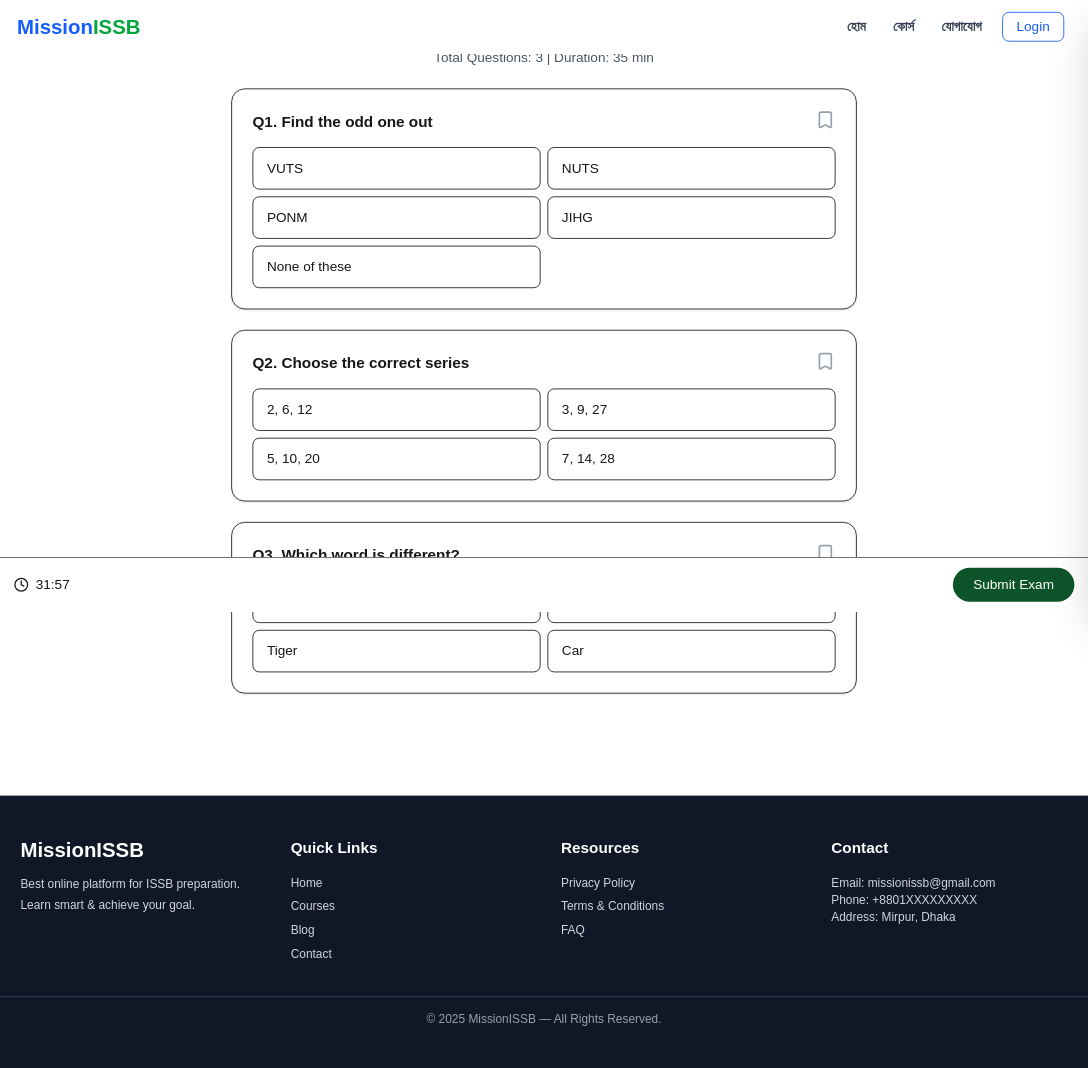
Repository: mdmuhibullahhabib/missionissb
Page: /exam/verbal-model-test-01
These files come from the project's save history. The page is drawn as it stood at one moment and after the next save; the edit follows.
The browser window is 1280 px wide. The pictures show the whole page, at 85% of full size.
The page's requests for data from a server got no answer. The project was rebuilt for these pictures with package versions that can differ from the ones it lists, and the page was loaded fresh each time. The framework's server and built-in components were replaced by stand-ins that run in the browser. No one was signed in, and anything a server would have sent is missing. Also part of the build but not shown: next.config.mjs, app/exam/[id]/components/SubmitModal.jsx.

Above is the page before, as saved 2025-12-15 19:05:34.

### app/layout.js
import { Geist, Geist_Mono } from 'next/font/google'
import './globals.css'
import Footer from '@/components/shared/Footer'
import Navbar from '@/components/shared/Navbar'
import NextAuthProvider from './providers/NextAuthProvider'
import LayoutWrapper from '@/components/LayoutWrapper'

const geistSans = Geist({
  variable: '--font-geist-sans',
  subsets: ['latin']
})

const geistMono = Geist_Mono({
  variable: '--font-geist-mono',
  subsets: ['latin']
})

export const metadata = {
  title: 'Mission ISSB',
  description: 'Generated by create next app'
}

export default function RootLayout({ children }) {
  return (
    <html lang='en' suppressHydrationWarning={true}>
      <body
        className={`${geistSans.variable} ${geistMono.variable} antialiased`}
      >
        <NextAuthProvider>

                    <LayoutWrapper>{children}</LayoutWrapper>


          {/* <Navbar />

          {children}

          <Footer /> */}
        </NextAuthProvider>
      </body>
    </html>
  )
}

### app/exam/[id]/page.jsx
"use client";

import { useState } from "react";
import { Clock } from "lucide-react";
import McqCard from "./components/McqCard";
import SubmitModal from "./components/SubmitModal";

/* Fake Questions */
const questions = [
  {
    question: "Find the odd one out",
    options: ["VUTS", "NUTS", "PONM", "JIHG", "None of these"],
  },
  {
    question: "Choose the correct series",
    options: ["2, 6, 12", "3, 9, 27", "5, 10, 20", "7, 14, 28"],
  },
  {
    question: "Which word is different?",
    options: ["Dog", "Cat", "Tiger", "Car"],
  },
];

const ExamPage = () => {
  const [currentQ, setCurrentQ] = useState(0);
  const [answers, setAnswers] = useState({});
  const [showSubmitModal, setShowSubmitModal] = useState(false);

  const handleSelect = (idx) => {
    setAnswers({ ...answers, [currentQ]: idx });
  };

  return (
    <div className="min-h-screen bg-white pb-24">

      {/* Header */}
      <div className="text-center py-6">
        <h1 className="text-2xl font-bold">Verbal Model Test 01</h1>
        <p className="text-gray-600">
          Total Questions: {questions.length} | Duration: 35 min
        </p>
      </div>

      {/* Question Card */}
      <div className="max-w-3xl space-y-4 mx-auto px-4">
        {questions.map((q, index) => (
          <McqCard
            key={index}
            index={index}
            question={q.question}
            options={q.options}
            selectedAnswer={answers[index]}
            onSelect={(optIdx) =>
              handleSelect(index, optIdx)
            }
          />
        ))}
      </div>

      {/* Footer */}
      <div className="fixed bottom-0 left-0 w-full bg-white border-t px-4 py-3 flex justify-between">
        <div className="flex items-center gap-2 font-medium">
          <Clock size={18} /> 31:57
        </div>

        <button
          onClick={() => setShowSubmitModal(true)}
          className="bg-green-900 text-white px-6 py-2 rounded-full"
        >
          Submit Exam
        </button>
      </div>

      {/* Submit Modal */}
      <SubmitModal
        open={showSubmitModal}
        onClose={() => setShowSubmitModal(false)}
        onSubmit={() => {
          setShowSubmitModal(false);
          alert("Exam Submitted!");
        }}
      />
    </div>
  );
};

export default ExamPage;

### components/shared/Footer.jsx
"use client";
import Link from "next/link";

export default function Footer() {
  return (
    <footer className="bg-gray-900 text-gray-300 py-12">
      <div className="max-w-7xl mx-auto grid grid-cols-1 md:grid-cols-4 gap-10 px-6">

        {/* Column 1 */}
        <div>
          <h2 className="text-2xl font-bold text-white">MissionISSB</h2>
          <p className="mt-3 text-sm leading-6">
            Best online platform for ISSB preparation.
            Learn smart & achieve your goal.
          </p>
        </div>

        {/* Column 2 */}
        <div>
          <h3 className="text-lg font-semibold text-white mb-4">Quick Links</h3>
          <ul className="space-y-2 text-sm">
            <li><Link href="/" className="hover:text-white">Home</Link></li>
            <li><Link href="/courses" className="hover:text-white">Courses</Link></li>
            <li><Link href="/blog" className="hover:text-white">Blog</Link></li>
            <li><Link href="/contact" className="hover:text-white">Contact</Link></li>
          </ul>
        </div>

        {/* Column 3 */}
        <div>
          <h3 className="text-lg font-semibold text-white mb-4">Resources</h3>
          <ul className="space-y-2 text-sm">
            <li><Link href="/privacy" className="hover:text-white">Privacy Policy</Link></li>
            <li><Link href="/terms" className="hover:text-white">Terms & Conditions</Link></li>
            <li><Link href="/faq" className="hover:text-white">FAQ</Link></li>
          </ul>
        </div>

        {/* Column 4 */}
        <div>
          <h3 className="text-lg font-semibold text-white mb-4">Contact</h3>
          <p className="text-sm">Email: missionissb@gmail.com</p>
          <p className="text-sm">Phone: +8801XXXXXXXXX</p>
          <p className="text-sm">Address: Mirpur, Dhaka</p>
        </div>
      </div>

      <div className="mt-10 border-t border-gray-700 pt-4 text-center text-gray-400 text-sm">
        © {new Date().getFullYear()} MissionISSB — All Rights Reserved.
      </div>
    </footer>
  );
}

### components/shared/Navbar.jsx
"use client";
import { useState, useEffect } from "react";
import Link from "next/link";
import { FiMenu, FiX } from "react-icons/fi";
import { useSession } from "next-auth/react";
import { useRouter } from "next/navigation";
import DrawerMenu from "../user/UserDrawerMenu";


// Fake user data
const fakeUser = {
    name: "Muhibullah Habib",
    email: "muhib@example.com",
    avatar: "https://i.pravatar.cc/100?img=11",
    role: "admin",
};

export default function Navbar() {
    const [open, setOpen] = useState(false);
    const [scroll, setScroll] = useState(false);
    const router = useRouter();
        const [drawerOpen, setDrawerOpen] = useState(false);
    const [userDrawerOpen, setUserDrawerOpen] = useState(false);
    const { data: session, status } = useSession();
    console.log(session)
    console.log(status)

    // Scroll detection for shadow effect
    useEffect(() => {
        const handleScroll = () => {
            setScroll(window.scrollY > 10);
        };
        window.addEventListener("scroll", handleScroll);
        return () => window.removeEventListener("scroll", handleScroll);
    }, []);

    const navLinks = [
        { name: "হোম", href: "/" },
        { name: "কোর্স", href: "/courses" },
        { name: "যোগাযোগ", href: "/contact" },
    ];

    // User icon click
    const handleUserClick = () => {
        if (status == "authenticated") {
            setUserDrawerOpen(true);
        } else {
            router.push("/auth");
        }
    };

    return (
        <>
            <nav
                className={`w-full fixed top-0 z-50 transition-all ${scroll ? "bg-white shadow-md" : "bg-white"
                    }`}
            >
                <div className="max-w-7xl mx-auto px-5 py-3 flex justify-between items-center">

                    {/* Logo */}
                    <Link href="/" className="text-2xl font-bold text-blue-600">
                        Mission<span className="text-green-600">ISSB</span>
                    </Link>


                    {/* Auth Buttons */}
                    <div className="hidden items-center md:flex gap-4">
                        {/* Desktop Menu */}
                        <div className="hidden md:flex gap-8">
                            {navLinks.map((link) => (
                                <Link
                                    key={link.name}
                                    href={link.href}
                                    className="text-gray-700 font-semibold hover:text-blue-600 transition font-medium"
                                >
                                    {link.name}
                                </Link>
                            ))}
                        </div>

                        {/* User Icon */}
                        <button
                            onClick={handleUserClick}
                            className="p-2 rounded-full hover:bg-gray-100 transition duration-150"
                        >
                            {status == "authenticated" ? (
                                <img
                                    src={fakeUser?.avatar}
                                    alt="user"
                                    className="h-8 w-8 rounded-full border"
                                />
                            ) : (
                                <Link
                                    href="/auth"
                                    className="px-4 py-2 border border-blue-600 text-blue-600 rounded-lg hover:bg-blue-600 hover:text-white transition"
                                >
                                    Login
                                </Link>
                            )}
                        </button>
                    </div>

                    {/* Mobile Toggle */}
                    <button onClick={() => setOpen(!open)} className="md:hidden text-3xl">
                        {open ? <FiX /> : <FiMenu />}
                    </button>
                </div>

                {/* Mobile Menu */}
                <div
                    className={`md:hidden bg-white fixed top-[64px] left-0 w-full h-screen transition-all duration-300 ${open ? "translate-y-0 opacity-100" : "-translate-y-5 opacity-0 pointer-events-none"
                        }`}
                >
                    <div className="flex flex-col gap-6 px-6 py-6 text-lg">
                        {navLinks.map((link) => (
                            <Link
                                key={link.name}
                                href={link.href}
                                onClick={() => setOpen(false)}
                                className="text-gray-700 hover:text-blue-600"
                            >
                                {link.name}
                            </Link>
                        ))}

                        <hr />

                        <Link
                            href="/auth/login"
                            onClick={() => setOpen(false)}
                            className="text-blue-600 font-semibold"
                        >
                            Login
                        </Link>
                    </div>
                </div>
            </nav>

            <DrawerMenu
                isOpen={userDrawerOpen}
                onClose={() => setUserDrawerOpen(false)}
                // user={user}
            />
        </>
    );
}

### app/providers/NextAuthProvider.jsx
"use client"
import { SessionProvider } from 'next-auth/react'
import React from 'react'

const NextAuthProvider = ({ children }) => {
    return <SessionProvider>{children}</SessionProvider>
}

export default NextAuthProvider;

### components/LayoutWrapper.jsx
"use client";

import { usePathname } from "next/navigation";
import Navbar from "./shared/Navbar";
import Footer from "./shared/Footer";

export default function LayoutWrapper({ children }) {
  const pathname = usePathname();
  const isAdmin = pathname.startsWith("/admin");
  const isAuth = pathname.startsWith("/auth");

  return (
    <>
      {!isAdmin && !isAuth && <Navbar />}

      <main>{children}</main>

      {!isAdmin && !isAuth && <Footer />}
    </>
  );
}

### app/exam/[id]/components/McqCard.jsx
"use client";

import { Bookmark } from "lucide-react";

const McqCard = ({
  index,
  question,
  options,
  selectedAnswer,
  onSelect,
}) => {
  return (
    <div className="border rounded-2xl p-6 shadow-sm mb-6">

      {/* Question */}
      <div className="flex justify-between items-start mb-4">
        <h2 className="font-semibold text-lg">
          Q{index + 1}. {question}
        </h2>
        <Bookmark className="text-gray-400 cursor-pointer" />
      </div>

      {/* Options */}
      <div className="space-3 grid md:grid-cols-2 gap-2">
        {options.map((opt, idx) => (
          <button
            key={idx}
            onClick={() => onSelect(idx)}
            className={`w-full text-left px-4 py-3 border rounded-lg transition
              ${
                selectedAnswer === idx
                  ? "bg-green-100 border-green-600"
                  : "hover:bg-gray-50"
              }`}
          >
            {opt}
          </button>
        ))}
      </div>
    </div>
  );
};

export default McqCard;

### components/user/UserDrawerMenu.jsx
"use client";

import { FiX, FiUser, FiShoppingBag, FiSettings, FiGrid, FiLogOut } from "react-icons/fi";
import { motion, AnimatePresence } from "framer-motion";
import Image from "next/image";
import { useRouter } from "next/navigation";
import { signOut, useSession } from "next-auth/react";
import Link from "next/link";

export default function DrawerMenu({ isOpen, onClose, user = {} }) {
  const router = useRouter();
  const { data: session, status } = useSession();
  console.log(session)

  const handleNavigate = (path) => {
    onClose();
    router.push(path);
  };

  const handleLogout = async () => {
    // You can replace with your logout logic
    console.log("User logged out");
    onClose();
    await signOut();
  };

  const isAdmin = user?.role === "admin";

  return (
    <>
      {/* Overlay */}
      <AnimatePresence>
        {isOpen && (
          <motion.div
            initial={{ opacity: 0 }}
            animate={{ opacity: 1 }}
            exit={{ opacity: 0 }}
            onClick={onClose}
            className="fixed inset-0 bg-black/30 backdrop-blur-sm z-40 cursor-pointer"
          />
        )}
      </AnimatePresence>

      {/* Drawer */}
      <motion.div
        initial={{ x: "100%" }}
        animate={{ x: isOpen ? 0 : "100%" }}
        exit={{ x: "100%" }}
        transition={{ type: "spring", stiffness: 100, damping: 20 }}
        className="fixed top-0 right-0 h-full w-80 sm:w-96 bg-white shadow-2xl z-50 flex flex-col"
      >
        {/* Header */}
        <div className="flex justify-between items-center p-4 border-b">
          <div className="flex items-center gap-3">
            <Image
              src={user?.photo || "https://i.ibb.co/5j9n3yH/default-avatar.png"}
              width={40}
              height={40}
              alt="User avatar"
              className="rounded-full object-cover"
            />
            <div>
              <p className="font-semibold text-gray-800">
                {user?.name || "Guest User"}
              </p>
              <p className="text-xs text-gray-500">
                {isAdmin ? "Administrator" : "Regular User"}
              </p>
            </div>
          </div>
          <button onClick={onClose} className="text-gray-600 hover:text-red-500">
            <FiX className="h-6 w-6" />
          </button>
        </div>

        {/* Menu Items */}
        <div className="flex-1 overflow-y-auto p-5 space-y-4 text-gray-700">
          <button
            onClick={() => handleNavigate("/profile")}
            className="flex items-center gap-3 w-full p-3 rounded-xl hover:bg-gray-100 transition"
          >
            <FiUser className="text-red-500" />
            <span>My Profile</span>
          </button>

          <Link
            href={"/mycourse"}
            // onClick={() => handleNavigate("/mycourse")}
            className="flex items-center gap-3 w-full p-3 rounded-xl hover:bg-gray-100 transition"
          >
            <FiShoppingBag className="text-red-500" />
            <span>My Courses</span>
          </Link>

          <Link
            href={"/admin/dashboard"}
            // onClick={() => handleNavigate("/mycourse")}
            className="flex items-center gap-3 w-full p-3 rounded-xl hover:bg-gray-100 transition"
          >
            <FiShoppingBag className="text-red-500" />
            <span>Admin Dashboard</span>
          </Link>

          {isAdmin && (
            <button
              onClick={() => handleNavigate("/admin/dashboard")}
              className="flex items-center gap-3 w-full p-3 rounded-xl hover:bg-gray-100 transition"
            >
              <FiGrid className="text-red-500" />
              <span>Admin Dashboard</span>
            </button>
          )}
        </div>

        {/* Footer */}
        <div className="border-t p-4">
          <button
            onClick={handleLogout}
            className="flex items-center justify-center gap-2 w-full py-2 bg-red-600 text-white font-medium rounded-xl hover:bg-red-700 transition"
          >
            <FiLogOut />
            Logout
          </button>
        </div>
      </motion.div>
    </>
  );
}

Loaded but not shown: app/globals.css (common file)

After the next save:
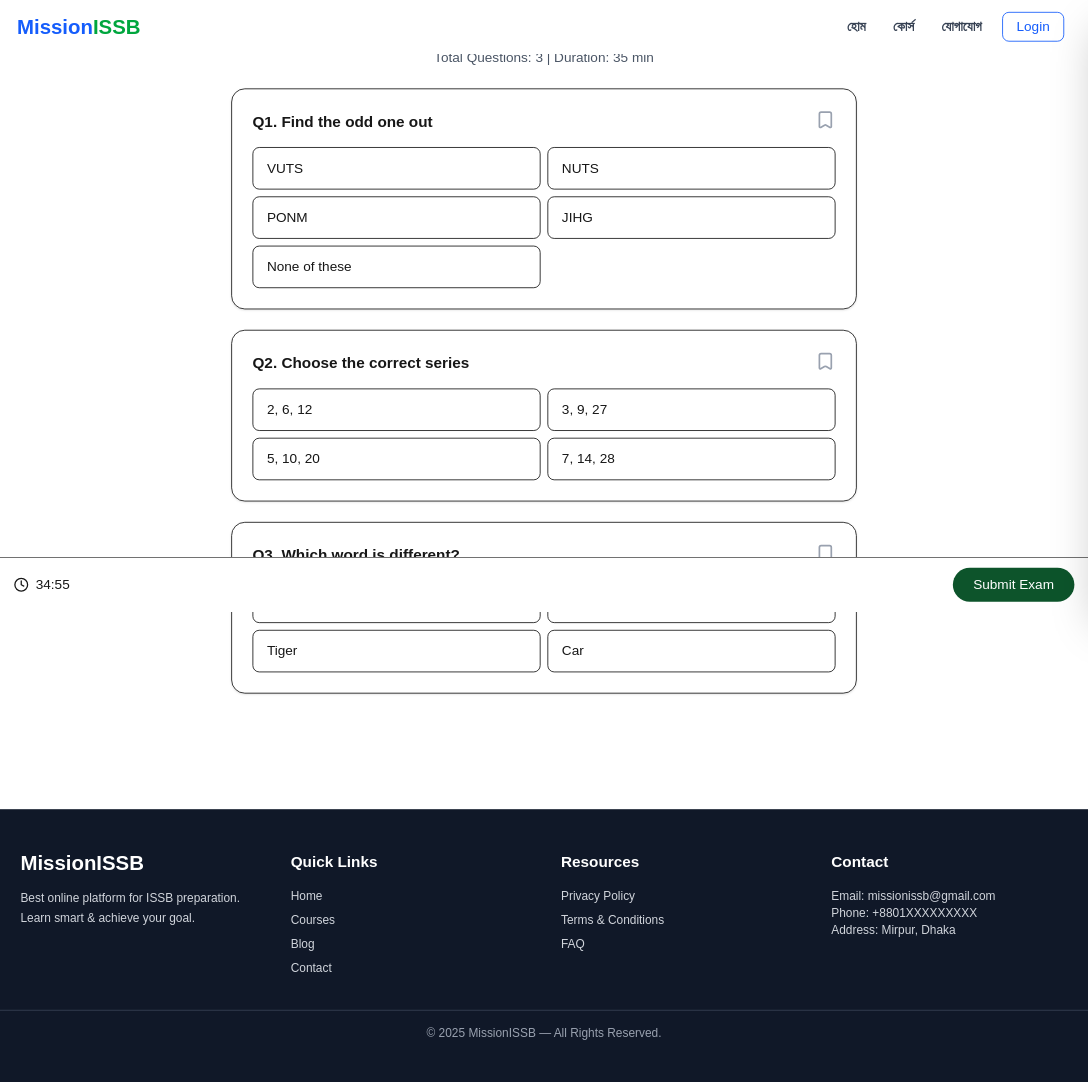
Saved 115 s later.
--- a/app/exam/[id]/page.jsx
+++ b/app/exam/[id]/page.jsx
@@ -1,6 +1,6 @@
 "use client";
 
-import { useState } from "react";
+import { useState, useEffect } from "react";
 import { Clock } from "lucide-react";
 import McqCard from "./components/McqCard";
 import SubmitModal from "./components/SubmitModal";
@@ -22,16 +22,47 @@ const questions = [
 ];
 
 const ExamPage = () => {
-  const [currentQ, setCurrentQ] = useState(0);
   const [answers, setAnswers] = useState({});
   const [showSubmitModal, setShowSubmitModal] = useState(false);
+  const [timeLeft, setTimeLeft] = useState(35 * 60); // ✅ 35 min in seconds
 
-  const handleSelect = (idx) => {
-    setAnswers({ ...answers, [currentQ]: idx });
+  /* ================= TIMER LOGIC ================= */
+  useEffect(() => {
+    if (timeLeft <= 0) {
+      // ✅ Auto submit when time is over
+      handleSubmit();
+      return;
+    }
+
+    const timer = setInterval(() => {
+      setTimeLeft((prev) => prev - 1);
+    }, 1000);
+
+    return () => clearInterval(timer);
+  }, [timeLeft]);
+
+  /* ================= HELPER FUNCTIONS ================= */
+  const handleSelect = (qIndex, optIdx) => {
+    setAnswers({ ...answers, [qIndex]: optIdx });
+  };
+
+  const handleSubmit = () => {
+    setShowSubmitModal(false);
+    alert("Exam Submitted!");
+    console.log("Submitted Answers:", answers);
+  };
+
+  /* ================= FORMAT TIME ================= */
+  const formatTime = (seconds) => {
+    const m = Math.floor(seconds / 60)
+      .toString()
+      .padStart(2, "0");
+    const s = (seconds % 60).toString().padStart(2, "0");
+    return `${m}:${s}`;
   };
 
   return (
-    <div className="min-h-screen bg-white pb-24">
+    <div className="min-h-screen bg-white pb-28">
 
       {/* Header */}
       <div className="text-center py-6">
@@ -41,7 +72,7 @@ const ExamPage = () => {
         </p>
       </div>
 
-      {/* Question Card */}
+      {/* Questions */}
       <div className="max-w-3xl space-y-4 mx-auto px-4">
         {questions.map((q, index) => (
           <McqCard
@@ -50,17 +81,16 @@ const ExamPage = () => {
             question={q.question}
             options={q.options}
             selectedAnswer={answers[index]}
-            onSelect={(optIdx) =>
-              handleSelect(index, optIdx)
-            }
+            onSelect={(optIdx) => handleSelect(index, optIdx)}
           />
         ))}
       </div>
 
       {/* Footer */}
-      <div className="fixed bottom-0 left-0 w-full bg-white border-t px-4 py-3 flex justify-between">
+      <div className="fixed bottom-0 left-0 w-full bg-white border-t px-4 py-3 flex justify-between items-center">
         <div className="flex items-center gap-2 font-medium">
-          <Clock size={18} /> 31:57
+          <Clock size={18} />
+          <span>{formatTime(timeLeft)}</span> {/* ✅ Show countdown */}
         </div>
 
         <button
@@ -75,10 +105,7 @@ const ExamPage = () => {
       <SubmitModal
         open={showSubmitModal}
         onClose={() => setShowSubmitModal(false)}
-        onSubmit={() => {
-          setShowSubmitModal(false);
-          alert("Exam Submitted!");
-        }}
+        onSubmit={handleSubmit}
       />
     </div>
   );
